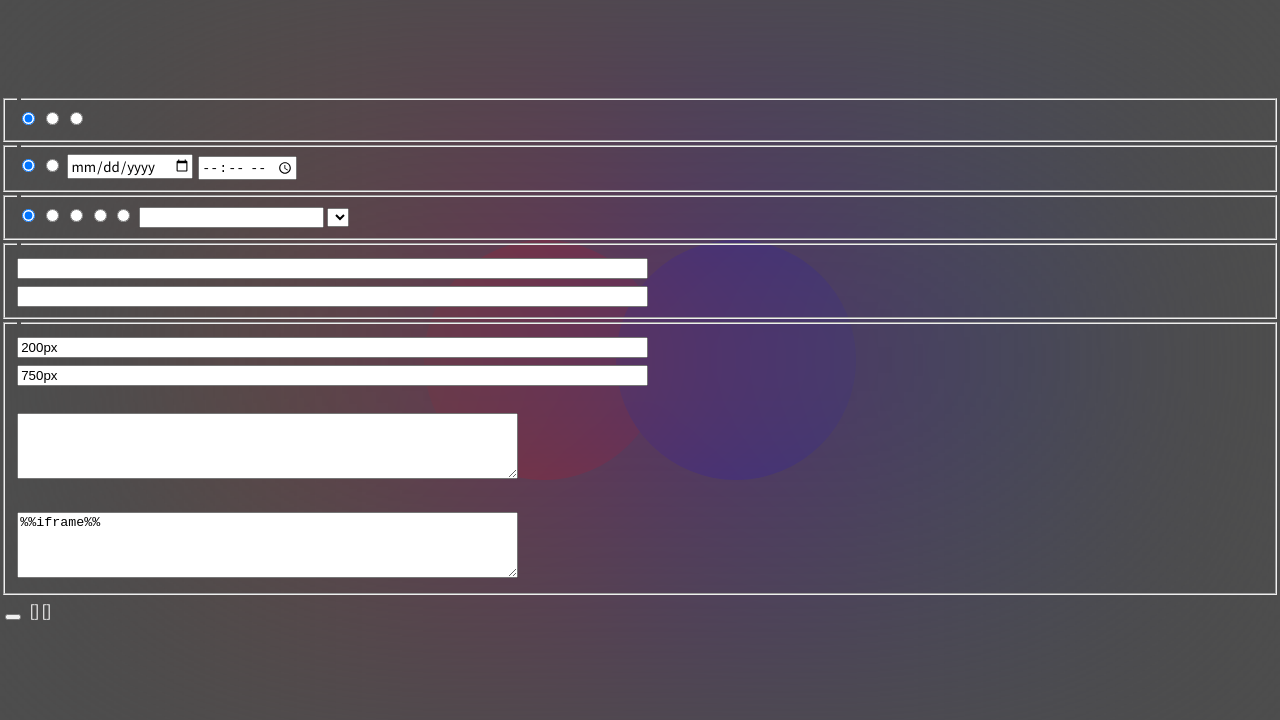
Repository: cirisus/ArknighTimer
Page: timer-selector.html
The author's editor kept a copy of each file at every save. The page is drawn from the files as they stood at one save, then again after the next save.
The browser window is 1280 px wide. The pictures show the whole page.
Some web fonts or font styles are not loaded; a fallback is used.

Above is the page before, as saved 2024-03-08 22:25:32.

### timer-selector.html
<!DOCTYPE html>
<html>
  <head>
    <meta charset="UTF-8">
    <meta name="description" content="明日方舟同人中文站计时器">
    <meta name="keywords" content="arknights,wiki,timer,selector,generator">
    <link rel="stylesheet" href="timer-selector.css">
    <script src="https://cirisus.github.io/ArknighTimer/timer-selector.js"></script>
    <title>计时器生成工具</title>
  </head>

  <body>
    <noscript>此程序强依赖于对应的Javascript脚本。</noscript>
    <div id="form-container-wrap">
    <div id="form-container">
    <h1 id="error" class="hidden"></h1>

    <div id="form">
      <fieldset id="timer-type">
        <legend id="timer-type-label"></legend>

        <!-- Generic -->
        <span>
          <input id="timer-type-generic" type="radio" name="timer-type" value="generic" checked>
          <label id="timer-type-generic-label" for="timer-type"></label>
        </span>

        <!-- Deletion -->
        <span>
          <input id="timer-type-deletion" type="radio" name="timer-type" value="deletion">
          <label id="timer-type-deletion-label" for="timer-type"></label>
        </span>

        <!-- Ban -->
        <span>
          <input id="timer-type-ban" type="radio" name="timer-type" value="ban">
          <label id="timer-type-ban-label" for="timer-type"></label>
        </span>
      </fieldset>

      <fieldset id="start">
        <legend id="start-label"></legend>

        <!-- now -->
        <span>
          <input id="start-now" type="radio" name="start" value="now" checked>
          <label id="start-now-label" for="now"></label>
        </span>

        <!-- later / other time -->
        <span>
          <input id="start-later" type="radio" name="start" value="later">
          <label id="start-later-label" for="later"></label>
          <input id="start-later-date" class="radio-text" type="date"></input>
          <input id="start-later-time" class="radio-text" type="time"></input>
        </span>
      </fieldset>

      <fieldset id="duration">
        <legend id="duration-label"></legend>

        <!-- 1 day -->
        <span>
          <input id="duration-1d" type="radio" name="duration" value="86400000" checked>
          <label id="duration-1d-label" for="86400000"></label> <!-- in ms -->
        </span>

        <!-- 1 week -->
        <span>
          <input id="duration-1w" type="radio" name="duration" value="604800000">
          <label id="duration-1w-label" for="604800000"></label>
        </span>

        <!-- 2 weeks -->
        <span>
          <input id="duration-2w" type="radio" name="duration" value="1209600000">
          <label id="duration-2w-label" for="1209600000"></label>
        </span>

        <!-- 1 year -->
        <span>
          <input id="duration-1y" type="radio" name="duration" value="31536000000">
          <label id="duration-1y-label" for="31536000000"></label>
        </span>

        <!-- custom -->
        <span>
          <input id="duration-custom" type="radio" name="duration" value="custom">
          <label id="duration-custom-label" for="custom"></label>
          <input id="duration-custom-value" class="radio-text" type="number" size="6"></input>
          <select id="duration-custom-unit">
            <option id="unit-minute" value="60000"></option>
            <option id="unit-hour" value="3600000"></option>
            <option id="unit-day" value="86400000"></option>
            <option id="unit-week" value="604800000"></option>
            <option id="unit-month" value="2592000000"></option>
            <option id="unit-year" value="31536000000"></option>
          </select>
        </span>
      </fieldset>

      <fieldset id="messages">
        <legend id="messages-label"></legend>

        <div class="text">
          <label id="message-progress-label"></label>
          <input id="message-progress" type="text"></input>
        </div>

        <div class="text">
          <label id="message-finished-label"></label>
          <input id="message-finished" type="text"></input>
        </div>
      </fieldset>

      <fieldset id="advanced">
        <legend id="advanced-label"></legend>

        <div class="text message-short">
          <label id="height-label"></label>
          <input id="height" type="text" value="200px"></input>
        </div>

        <div class="text message-short">
          <label id="width-label"></label>
          <input id="width" type="text" value="750px"></input>
        </div>

        <div class="text">
          <label id="custom-css-label"></label><br>
          <textarea id="custom-css" cols="60" rows="4"></textarea>
        </div>

        <div class="text">
          <label id="template-label"></label><br>
          <textarea id="template" cols="60" rows="4">%%iframe%%</textarea>
        </div>
      </fieldset>

      <div>
        <button id="build"></button>

        <span class="info">
          [<a id="info-help" href="https://cirisus.github.io/ArknighTimer" target="_blank"></a>]
          [<a id="info-source" href="https://github.com/cirisus/ArknighTimer" target="_blank"></a>]
        </span>
      </div>
    </div>

    <!-- output -->
    <div><textarea id="output" class="hidden" cols="60" rows="4" readonly></textarea></div>
    </div>
    </div>
  </body>
</html>

### timer-selector.css
@import url('https://fonts.googleapis.com/css2?family=Noto+Sans+SC:wght@100..900&display=swap');
@import url('https://fonts.googleapis.com/css2?family=JetBrains+Mono:ital,wght@0,100..800;1,100..800&family=Noto+Sans+SC:wght@100..900&display=swap');
@font-face {
  font-family: 'Bender';
  src: url(https://cdn.jsdelivr.net/gh/cirisus/ArknighTimer/Bender/Bender.otf);
  font-weight: normal;
  font-style: normal;
}
body {
  margin: 0;
  font-family: 'Bender','Noto Sans SC', sans-serif;
  letter-spacing: -.05em;
  background-color: #4d4d4d;
  /*background-image: url(https://picsum.photos/800/1200);*/
  background-position: center;
  background-repeat: no-repeat;
  background-size: cover;
}
a {
  color: #ffa600;
  text-decoration: none;
  transition: .3s;
  &:hover {
    text-decoration: none;
    color: #a96e00;
  }
}
#form-container-wrap {
  --size:15rem;
  display: flex;
  justify-content: center;
  align-items: center;
  height: 100vh;
  width: 100vw;
  &::before {
    content: '';
    position: absolute;
    top: calc(50% - var(--size) / 2);
    left: calc(50% - var(--size) / 2);
    width: var(--size);
    height: var(--size);
    border-radius: 50%;
    background-color: #f00;
    z-index: -1;
    transform: translateX(-40%);
  }
  &::after {
    content: '';
    position: absolute;
    top: calc(50% - var(--size) / 2);
    left: calc(50% - var(--size) / 2);
    width: var(--size);
    height: var(--size);
    border-radius: 50%;
    background-color: #00f;
    z-index: -1;
    transform: translateX(40%);
  }
}
#form-container {
  --size: 15rem;
  display: flex;
  flex-direction: column;
  align-items: center;
  justify-content: center;
  height: 100vh;
  width: 100vw;
  -webkit-backdrop-filter: blur(10rem);
  backdrop-filter: blur(10rem);
  position: relative;

}
#form {
  margin: auto;
  width: 100%;
  -webkit-backdrop-filter: blur(10rem);
  backdrop-filter: blur(10rem);
  z-index: 1;
}
input[type="date" i] {
  font-family: 'Bender','Noto Sans SC', sans-serif;
}
fieldset {
  color: #fff;
  margin: 0.2em;
}
.radio-text {
  margin-left: 0.2em;
}
.text {
  margin-top: 0.2em;
}
.text input {
  width: 50%;
}
.text-short input {
  width: 25%;
}
#build {
  margin: 0.4em;
}
.info {
  color: #fff;
  font-size: inherit;
}
/* Basic utility classes */
.hidden {
  display: none;
}
#error {
  text-align: center;
  color: #ffa600;
}
.error-secondary {
  font-size: 0.6em;
}
#output {
  font-family: 'JetBrains Mono', monospace;
  margin: 0.25em;
}

After the next save:
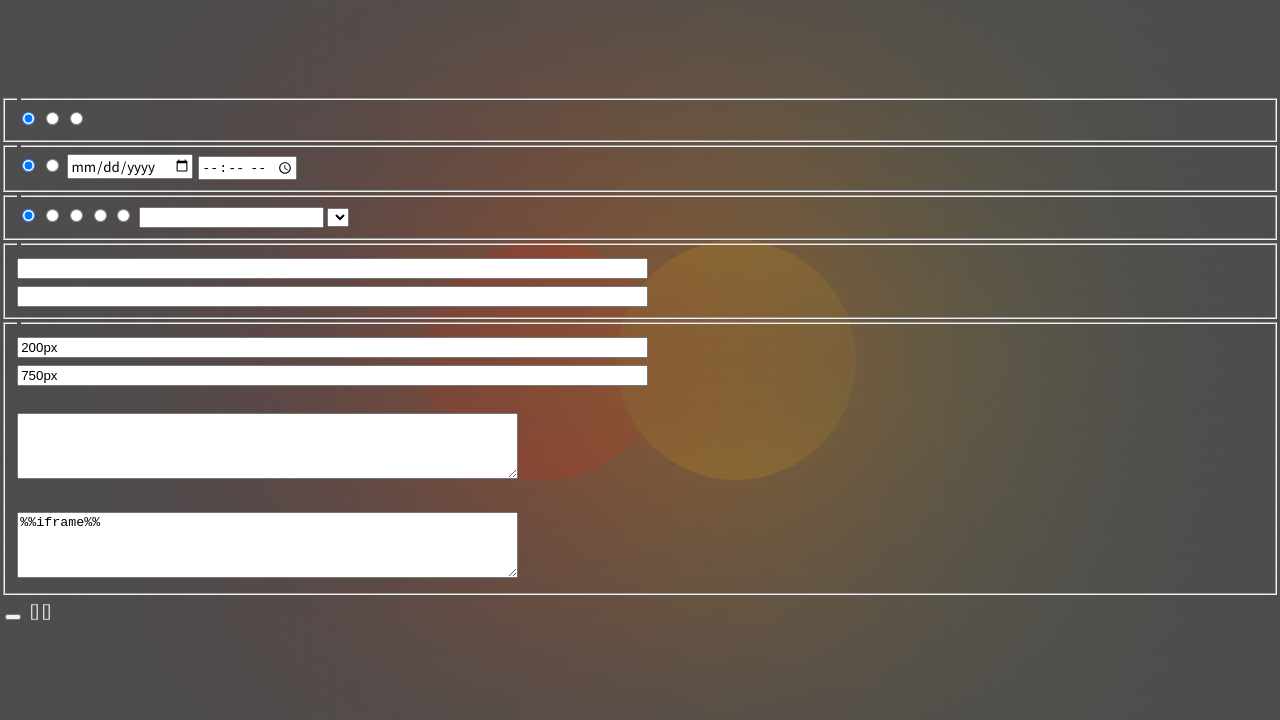
Saved 102 s later.
--- a/timer-selector.css
+++ b/timer-selector.css
@@ -52,7 +52,7 @@
     width: var(--size);
     height: var(--size);
     border-radius: 50%;
-    background-color: #00f;
+    background-color: rgb(255, 200, 0);
     z-index: -1;
     transform: translateX(40%);
   }
